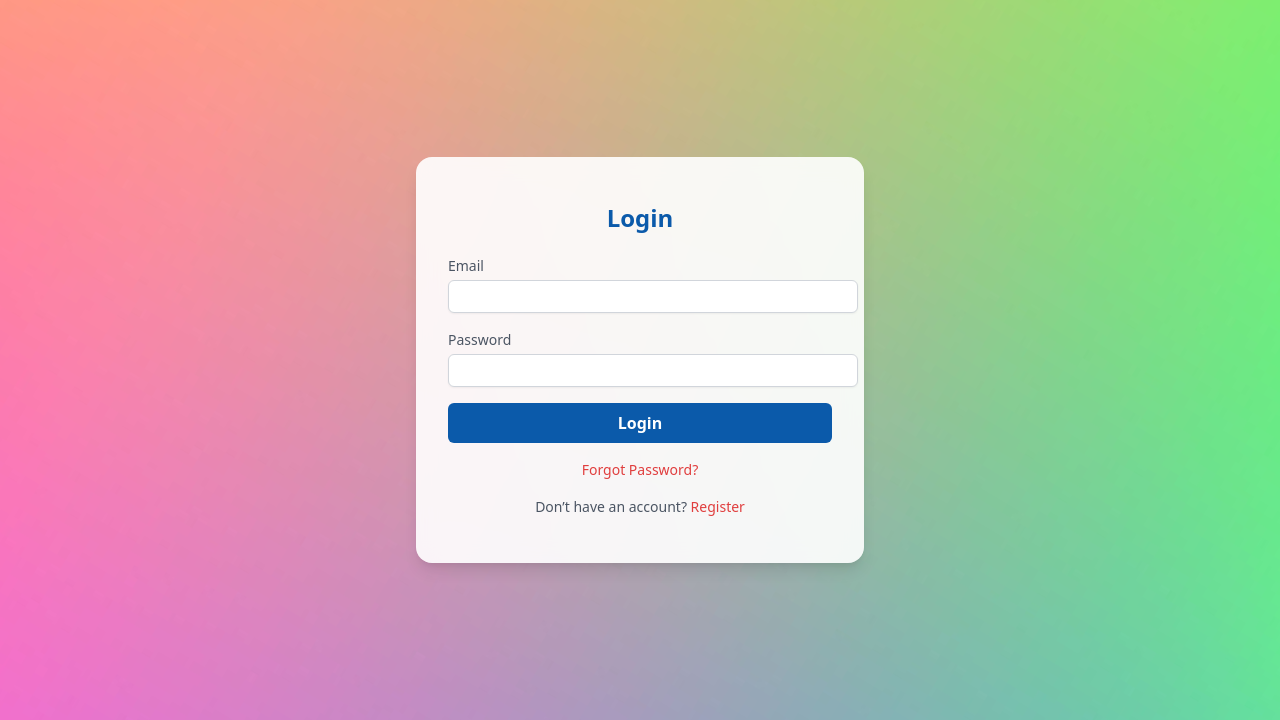
Repository: LoneHeroOne/SmartRecruit
Page: / (app in frontend/)
The author's editor kept a copy of each file at every save. The page is drawn from the files as they stood at one save, then again after the next save.
The browser window is 1280 px wide. The pictures show the whole page.
The project was rebuilt for these pictures with package versions that can differ from the ones it lists, and the page was loaded fresh each time. Also part of the build but not shown: frontend/vite.config.ts, frontend/src/Pages/Register.tsx, frontend/src/Pages/ForgotPassword.tsx.

Above is the page before, as saved 2025-09-30 18:12:11.

After the next save:
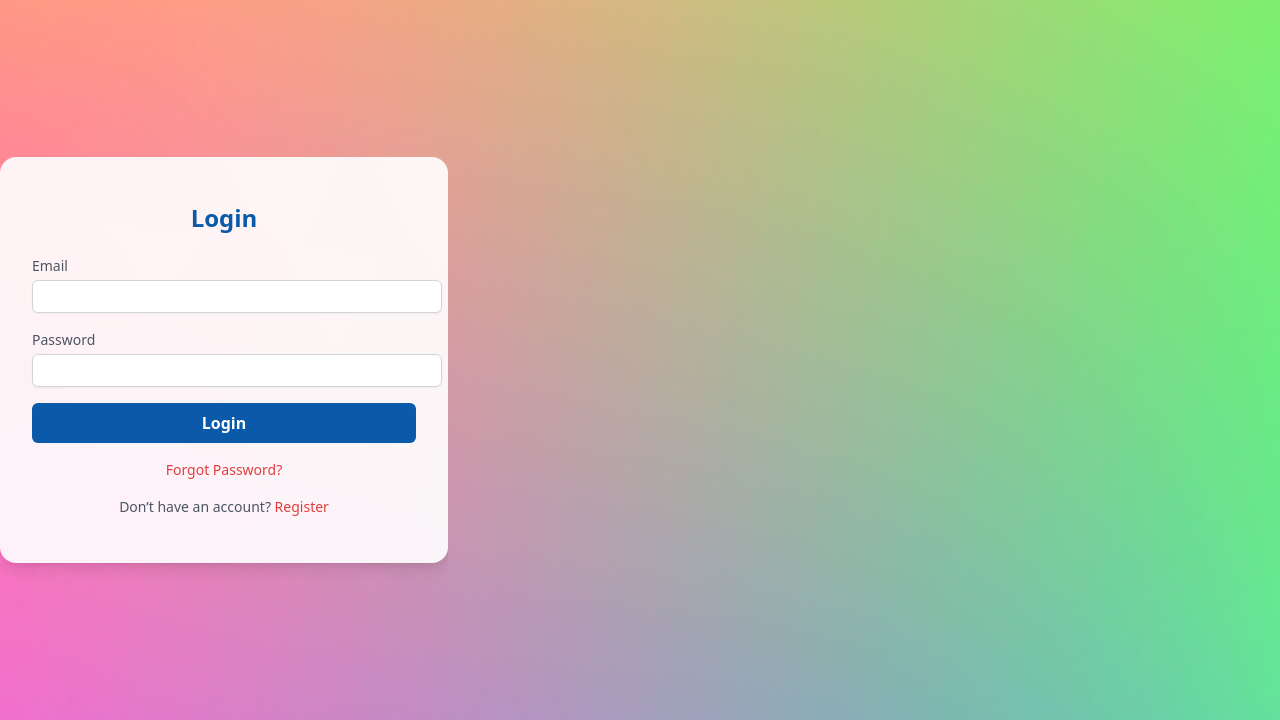
Saved 4 min 50 s later.
--- a/frontend/src/Pages/Login.css
+++ b/frontend/src/Pages/Login.css
@@ -1,6 +1,6 @@
 
 .login-container {
-  position: relative;
+  position: fixed;
   display: flex;
   align-items: center;
   justify-content: center;

After the save that followed:
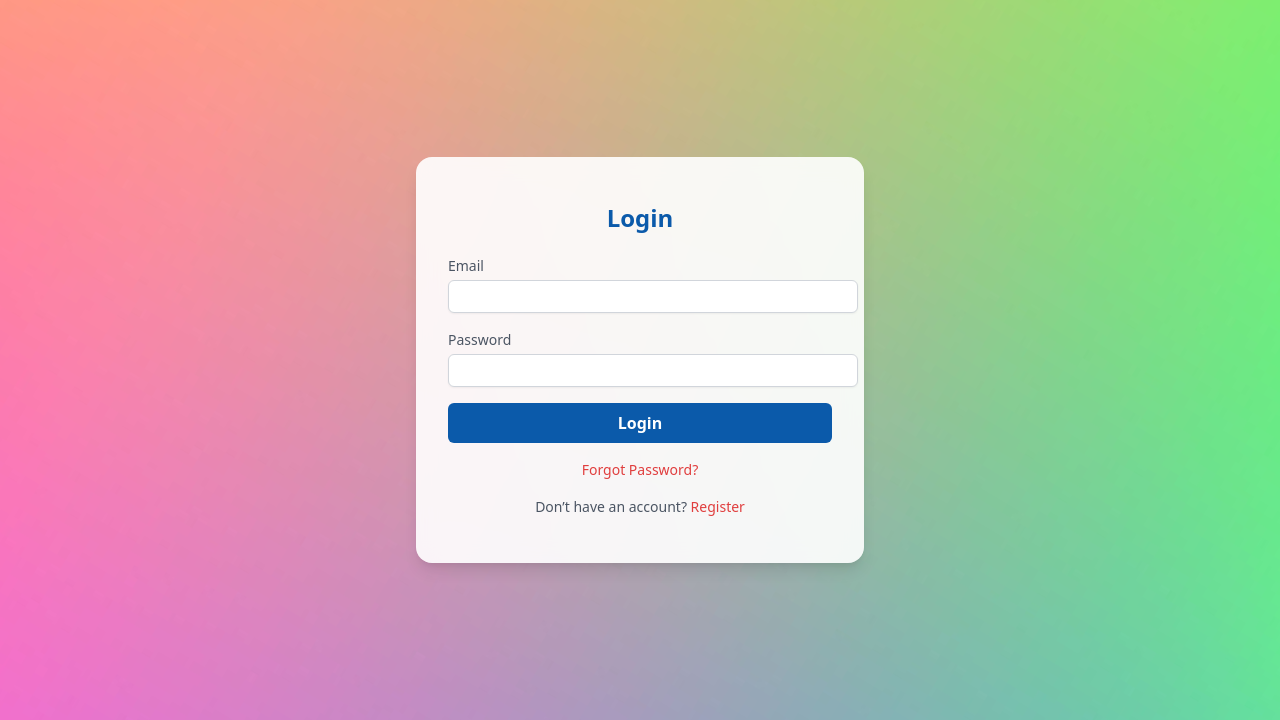
Saved 16 s later.
--- a/frontend/src/Pages/Login.css
+++ b/frontend/src/Pages/Login.css
@@ -1,6 +1,6 @@
 
 .login-container {
-  position: fixed;
+  position: relative;
   display: flex;
   align-items: center;
   justify-content: center;
